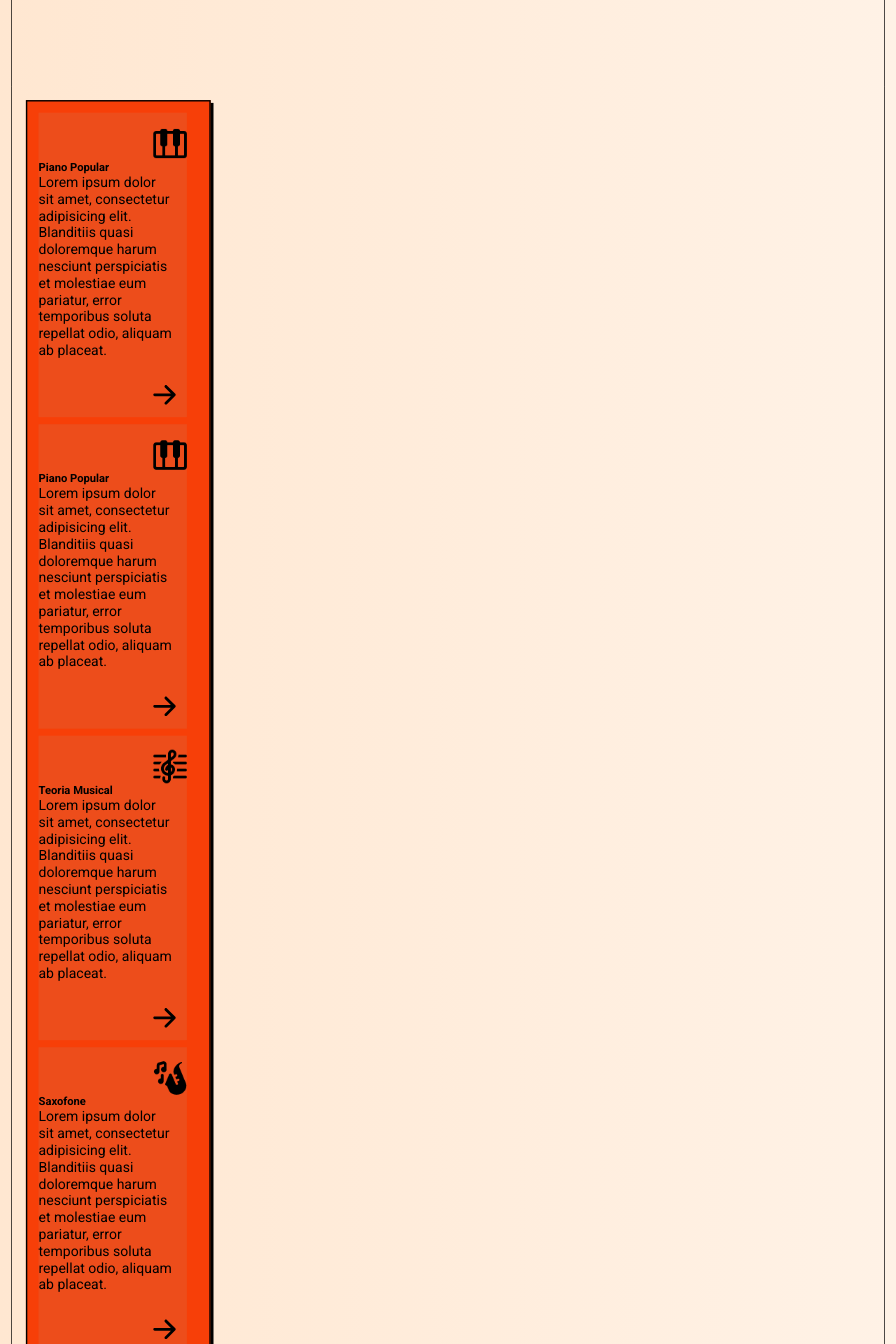
Repository: guilhermecardoso93/obebitecode
Page: index.html
These files come from the project's save history. The page is drawn as it stood at one moment and after the next save; the edit follows.
The browser window is 1280 px wide. The pictures show the part of the page from y = 1350 to 3270 px (the page is 4215 px tall before and 4140 px after), at 70% of full size.

Above is the page before, as saved 2023-08-16 20:31:58.

### index.html
<!DOCTYPE html>
<html lang="pt-BR">
  <head>
    <meta charset="UTF-8" />
    <meta name="viewport" content="width=device-width, initial-scale=1.0" />
    <link rel="preconnect" href="https://fonts.googleapis.com" />
    <link rel="preconnect" href="https://fonts.gstatic.com" crossorigin />
    <link
      href="https://fonts.googleapis.com/css2?family=Roboto:wght@400;500;700&display=swap"
      rel="stylesheet" />
    <link rel="stylesheet" href="css/style.css" />
    <title>Tom's Jazz School</title>
  </head>
  <body>
    <header>
      <img src="./assets/logo.svg" alt="Logo da Tom's Jazz School" />
      <nav class="mt-1 mx-auto">
        <a href="/"><span>Início</span></a>
        <a href="/"><span>Cursos</span></a>
        <a href="/"><span>Eventos</span></a>
        <a href="/"><span>Contato</span></a>
      </nav>
      <a href="/" class="subscribeButton subscribeButton mt-1 mx-auto mb-1">Se Inscreva</a>
    </header>

    <main>
      <section class="hero-section">
        <img src="./assets/hero-img.svg" alt="Banda de Jazz Tocando" />
        <div>
          <h1 class="mt-2">
            Crie algo <span class="text-primary decoration">impactante</span> com música
          </h1>
          <p class="mt-2 mb-2"></p>
            Lorem ipsum dolor sit amet, consectetur adipisicing elit. Blanditiis
            quasi doloremque harum nesciunt perspiciatis et molestiae eum
            pariatur, error temporibus soluta repellat odio, aliquam ab placeat.
          </p>
          <a href="/" class="subscribeButton mt-1 mx-auto">Comece Agora</a>
        </div>
      </section>
      <section class="hero-section">
        <div class="cards">
          <article class="card">
            <img src="./assets/piano.png" alt="ícone de tecla de piano" />
            <strong>Piano Popular</strong>
            <p>
              Lorem ipsum dolor sit amet, consectetur adipisicing elit.
              Blanditiis quasi doloremque harum nesciunt perspiciatis et
              molestiae eum pariatur, error temporibus soluta repellat odio,
              aliquam ab placeat.
            </p>
            <a href="#">
              <img
                src="./assets/arrow-right.svg"
                alt="svg de seta para direita" />
            </a>
          </article>
          <article class="card">
            <img src="./assets/piano.png" alt="ícone de tecla de piano" />
            <strong>Piano Popular</strong>
            <p>
              Lorem ipsum dolor sit amet, consectetur adipisicing elit.
              Blanditiis quasi doloremque harum nesciunt perspiciatis et
              molestiae eum pariatur, error temporibus soluta repellat odio,
              aliquam ab placeat.
            </p>
            <a href="#">
              <img
                src="./assets/arrow-right.svg"
                alt="svg de seta para direita" />
            </a>
          </article>
          <article class="card">
            <img src="./assets/clef.png" alt="Icone de clave de sol" />
            <strong>Teoria Musical</strong>
            <p>
              Lorem ipsum dolor sit amet, consectetur adipisicing elit.
              Blanditiis quasi doloremque harum nesciunt perspiciatis et
              molestiae eum pariatur, error temporibus soluta repellat odio,
              aliquam ab placeat.
            </p>
            <a href="#">
              <img
                src="./assets/arrow-right.svg"
                alt="svg de seta para direita" />
            </a>
          </article>
          <article class="card">
            <img src="./assets/sax.png" alt="Icone de saxofone" />
            <strong>Saxofone</strong>
            <p>
              Lorem ipsum dolor sit amet, consectetur adipisicing elit.
              Blanditiis quasi doloremque harum nesciunt perspiciatis et
              molestiae eum pariatur, error temporibus soluta repellat odio,
              aliquam ab placeat.
            </p>
            <a href="#">
              <img
                src="./assets/arrow-right.svg"
                alt="svg de seta para direita" />
            </a>
          </article>
          <article class="card">
            <img src="./assets/drums.png" alt="Ícone de bateria" />
            <strong>Bateria</strong>
            <p>
              Lorem ipsum dolor sit amet, consectetur adipisicing elit.
              Blanditiis quasi doloremque harum nesciunt perspiciatis et
              molestiae eum pariatur, error temporibus soluta repellat odio,
              aliquam ab placeat.
            </p>
            <a href="#">
              <img
                src="./assets/arrow-right.svg"
                alt="svg de seta para direita" />
            </a>
          </article>
        </div>
        <h2>E <span class="text-primary">vários </span>outros!</h2>
        <a href="/">Conhecer os cursos</a>
      </section>
    </main>
    <footer>
      <div>
        <img src="./assets/logo.svg" alt="Logo da Tom's Jazz School" />
        <p>
          Lorem ipsum dolor sit amet consectetur adipisicing elit. Aliquid ut
          accusamus qui veniam est eos magni voluptatum dolorem consequuntur
          iure! Quas, autem molestiae dolorem repudiandae inventore dignissimos
          blanditiis maxime explicabo.
        </p>
      </div>
      <div>
        <a href="/"><span>Início</span></a>
        <a href="/"><span>Cursos</span></a>
        <a href="/"><span>Eventos</span></a>
        <a href="/"><span>Contato</span></a>
      </div>
      <div>
        <label for="email">Receba materiais gratuitos no seu e-mail!</label>
        <input type="text" id="email" placeholder="digite seu e-mail" />
      </div>
    </footer>
  </body>
</html>

### css/style.css
@import url("./basics.css");
@import url("./header.css");
@import url("./main.css");

### css/basics.css
* {
  margin: 0;
  padding: 0;
  box-sizing: border-box;
  font-family: "Roboto", sans-serif;
}

:root {
  --color-primary: #ed4d1b;
  --color-secondary: #ff9a3c;
  --color-black: #000;
  --color-white: #fff;
}

body {
  background: linear-gradient(90deg, #ffe7d1 0%, #fff2e6 100%);
  padding: 0 1rem;
}

body,
html {
  overflow-x: hidden !important;
}

a {
  text-decoration: none;
}

.mt-1 {
  margin-top: 1rem;
}

.mt-2 {
  margin-top: 2rem;
}

.mb-1 {
  margin-bottom: 1rem;
}

.mb-2 {
  margin-bottom: 2rem;
}

.mx-auto {
  margin-left: auto;
  margin-right: auto;
}

.text-primary {
  color: var(--color-primary);
}

.text-center {
  text-align: center;
}

header,
.hero-section,
.courses-section,
footer {
  border-color: --color-black;
  border-style: solid;
  border-width: 0 1px;
  padding: 20px;
}

.subscribeButton {
  border: 2px solid #000;
  box-shadow: 4px 4px 0 #000;
  font-weight: 600;
  display: block;
  background: #e64b1a;
  text-transform: uppercase;
  font-size: 1.25rem;
  padding: 0.75rem 1rem;
  max-width: 17rem;
  position: relative;
  color: var(--color-black);
  text-align: center;
}

.subscribeButton:hover {
  border: 2px solid #e64b1a;
  box-shadow: 4px 4px 0 #e64b1a;
  font-weight: 600;
  display: block;
  color: #e64b1a;
  text-transform: uppercase;
  font-size: 1.25rem;
  padding: 0.75rem 1rem;
  max-width: 17rem;
  position: relative;
  background: var(--color-black);
  text-align: center;
}

span {
  margin: 0;
}

### css/header.css
header img {
  display: block;
  margin: 1rem auto;
}

header nav {
  display: grid;
  grid-template-columns: 1fr 1fr;
  margin-bottom: 1rem;
}

nav a {
  color: var(--color-black);
  font-size: 1.25rem;
  padding: 0.5rem;
  text-decoration: none;
  text-weight: bold;
}

nav a span:hover {
  border-bottom: 3px solid #000;
}

header nav a:nth-child(2n-1) {
  text-align: right;
}

### css/main.css
.hero-section {
  padding-right: 0;
  padding-bottom: 16rem;
}

.hero-section img {
  display: block;
  margin: 1.25rem 0 0 auto;
  max-width: 100%;
}

h1 {
  font-size: 3.3rem;
  line-height: 105%;
  font-weight: 700;
}

h2 {
  font-size: 2.5rem;
}

.hero-section p {
  font-size: 1.25rem;
  padding-right: 1.25rem;
}

.hero-section .subscribeButton {
  position: relative;
}

.hero-section .subscribeButton::after {
  content: "";
  background: url("../assets/arrow-curve.svg") no-repeat;
  display: block;
  content: "";
  width: 100%;
  height: 50px;
  position: absolute;
  top: 5rem;
  left: 10rem;
}

.decoration {
  display: block;
  color: #e64b1a;
  position: relative;
}

.decoration::after {
  content: "";
  background: url("../assets/three-dashes.svg");
  position: absolute;
  top: -1rem;
  height: 36px;
  width: 40px;
}

.courses-section {
  display: grid;
  justify-content: center;
  gap: 20px;
  margin-top: -5rem;
  border-top: none;
}

.cards {
  background: #f73f08;
  display: grid;
  justify-content: center;
  align-items: center;
  padding: 1rem 2rem 0 1rem;
  max-width: 16.5rem;
  gap: 10px;
  box-shadow: 4px 4px 0 #000;
  border: 2px solid #000;
}

.card {
  background: var(--color-primary);
  border
}

After the next save:
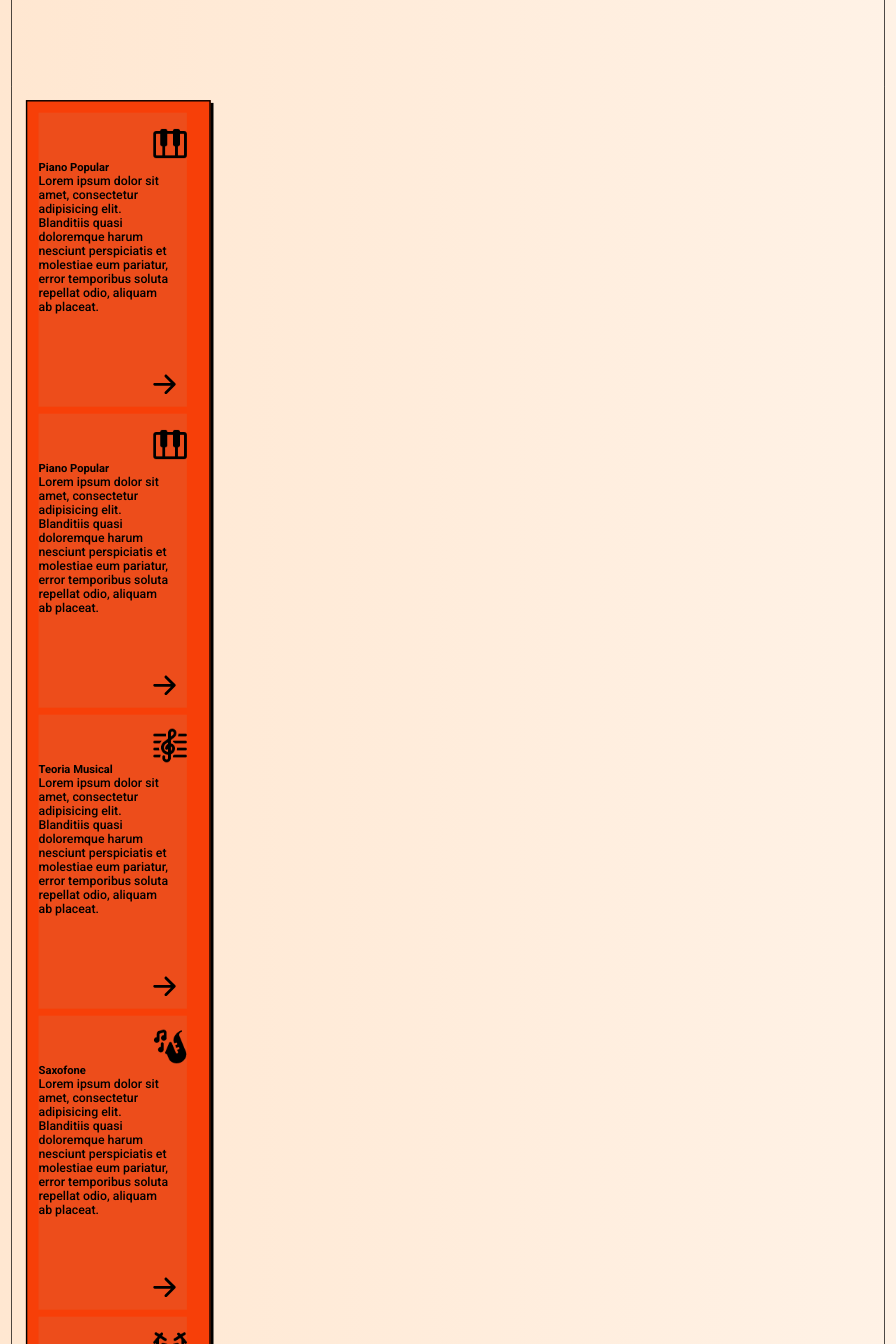
Saved 14 s later.
--- a/css/main.css
+++ b/css/main.css
@@ -79,3 +79,23 @@ h2 {
   background: var(--color-primary);
   border
 }
+
+.cards h3 {
+  font-size: 1.8rem;
+  font-weight: 600;
+}
+
+.cards p {
+  font-size: 1.1rem;
+  font-weight: 500;
+  margin-bottom: 30px;
+}
+
+.cards a {
+  margin-left: 11rem;
+}
+
+.cards:nth-child(2n) {
+  margin-left: 0.935rem;
+  background: #ff9a3c;
+}
